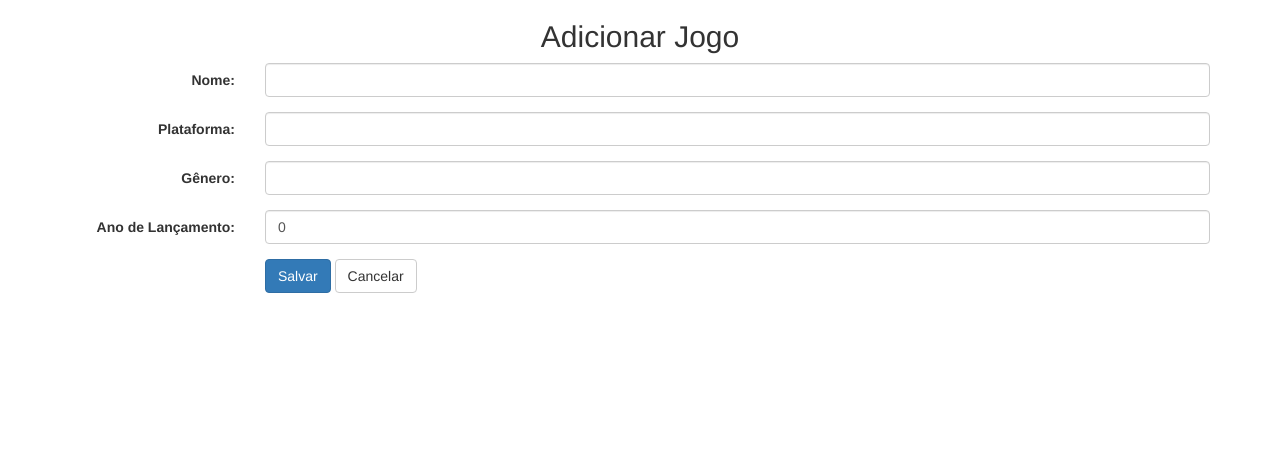
Repository: Tulio220/cadastroJogos
Page: http://localhost/aulaEly/trabalhoEly/cadastro/add_jogo.jsp?id=0
These files come from the project's save history. The page is drawn as it stood at one moment and after the next save; the edit follows.
The browser window is 1280 px wide. The pictures show the whole page.
The page is served by Tomcat 9. Other server files are loaded and not shown.

Above is the page before, as saved 2024-10-02 00:05:01.

### aulaEly/src/main/webapp/trabalhoEly/cadastro/add_jogo.jsp
<%@ page import="java.sql.*" %>
<%@ page import="org.libertas.Jogo" %>
<%@ page import="org.libertas.JogoDao" %>
<%@ page contentType="text/html;charset=UTF-8" language="java" %>
<!DOCTYPE html>
<html lang="pt-BR">
<head>
    <meta charset="UTF-8">
    <meta name="viewport" content="width=device-width, initial-scale=1.0">
    <title>Adicionar Jogo</title>
    <link rel="stylesheet" href="https://maxcdn.bootstrapcdn.com/bootstrap/3.4.1/css/bootstrap.min.css">
</head>
<body>
    <div class="container">
        <h2 class="text-center">Adicionar Jogo</h2>

        <%
            int id = 0;
            String idParam = request.getParameter("id");
            if (idParam != null && !idParam.isEmpty()) {
                id = Integer.parseInt(idParam);
            }
            Jogo j = new Jogo();
            JogoDao jdao = new JogoDao();
            if (id > 0) {
                j = jdao.consultar(id);
            } else {
                j.setNome("");
                j.setPlataforma("");
                j.setGenero("");
                j.setAnoLancamento(0);
            }
        %>

        <form action="gravar.jsp" method="post" class="form-horizontal">
            <input type="hidden" name="id" value="<%= j.getId() %>" />

            <div class="form-group">
                <label for="nome" class="col-sm-2 control-label">Nome:</label>
                <div class="col-sm-10">
                    <input type="text" class="form-control" id="nome" name="nome" value="<%= j.getNome() %>" required>
                </div>
            </div>

            <div class="form-group">
                <label for="plataforma" class="col-sm-2 control-label">Plataforma:</label>
                <div class="col-sm-10">
                    <input type="text" class="form-control" id="plataforma" name="plataforma" value="<%= j.getPlataforma() %>" required>
                </div>
            </div>

            <div class="form-group">
                <label for="genero" class="col-sm-2 control-label">Gênero:</label>
                <div class="col-sm-10">
                    <input type="text" class="form-control" id="genero" name="genero" value="<%= j.getGenero() %>" required>
                </div>
            </div>

            <div class="form-group">
                <label for="ano_lancamento" class="col-sm-2 control-label">Ano de Lançamento:</label>
                <div class="col-sm-10">
                    <input type="number" class="form-control" id="ano_lancamento" name="ano_lancamento" value="<%= j.getAnoLancamento() %>" required>
                </div>
            </div>

            <div class="form-group">
                <div class="col-sm-offset-2 col-sm-10">
                    <button type="submit" class="btn btn-primary">Salvar</button>
                    <a href="index.jsp" class="btn btn-default">Cancelar</a>
                </div>
            </div>
        </form>
    </div>

    <script src="https://ajax.googleapis.com/ajax/libs/jquery/3.5.1/jquery.min.js"></script>
    <script src="https://maxcdn.bootstrapcdn.com/bootstrap/3.4.1/js/bootstrap.min.js"></script>
</body>
</html>

### aulaEly/src/main/java/org/libertas/Jogo.java
package org.libertas;

public class Jogo {
    private int id;
    private String nome;
    private String plataforma;
    private String genero;
    private int anoLancamento;

    // Construtor padrão
    public Jogo() {}

    // Construtor com parâmetros
    public Jogo(String nome, String plataforma, String genero, int anoLancamento) {
        this.nome = nome;
        this.plataforma = plataforma;
        this.genero = genero;
        this.anoLancamento = anoLancamento;
    }

    public Jogo(int id, String nome, String plataforma, String genero, int anoLancamento) {
        this.id = id;
        this.nome = nome;
        this.plataforma = plataforma;
        this.genero = genero;
        this.anoLancamento = anoLancamento;
    }

    // Getters e Setters
    public int getId() {
        return id;
    }

    public void setId(int id) {
        this.id = id;
    }

    public String getNome() {
        return nome;
    }

    public void setNome(String nome) {
        this.nome = nome;
    }

    public String getPlataforma() {
        return plataforma;
    }

    public void setPlataforma(String plataforma) {
        this.plataforma = plataforma;
    }

    public String getGenero() {
        return genero;
    }

    public void setGenero(String genero) {
        this.genero = genero;
    }

    public int getAnoLancamento() {
        return anoLancamento;
    }

    public void setAnoLancamento(int anoLancamento) {
        this.anoLancamento = anoLancamento;
    }
}

### aulaEly/src/main/java/org/libertas/JogoDao.java
package org.libertas;

import java.sql.Statement;
import java.sql.PreparedStatement;
import java.sql.ResultSet;
import java.util.LinkedList;

public class JogoDao {

	 public void salvar(Jogo j) {
		  if (j.getId()>0) {
		   atualizarJogo(j);
		 } else {
		  adicionarJogo(j);
		 }
	}

	public void adicionarJogo(Jogo j){
	       Conexao con = new Conexao();
	       try {
	    	   String sql = "INSERT INTO jogos (nome, plataforma, genero, ano_lancamento)" + " VALUES (?,?,?,?)";
	    	   PreparedStatement prep = con.getConnection().prepareStatement(sql);
	    	   prep.setString(1, j.getNome());
	    	   prep.setString(2, j.getPlataforma());
	    	   prep.setString(3, j.getGenero());
	    	   prep.setInt(4, j.getAnoLancamento());
	    	   prep.execute();
	       }
	       catch(Exception e){
	    	   e.printStackTrace();
	    }
	      con.desconecta();
	}

	public LinkedList<Jogo> listarJogos() {
		//return lista;
		LinkedList<Jogo> lista = new LinkedList<Jogo>();
		Conexao con = new Conexao();
		try {
			String sql = "SELECT * FROM jogos ORDER BY nome";
			Statement sta = con.getConnection().createStatement();
			ResultSet res = sta.executeQuery(sql);
			while (res.next()) {
				Jogo j = new Jogo();
				j.setId(res.getInt("id"));
				j.setNome(res.getString("nome"));
				j.setPlataforma(res.getString("plataforma"));
				j.setGenero(res.getString("genero"));
				j.setAnoLancamento(res.getInt("ano_lancamento"));
				lista.add(j);
			}
		} catch (Exception e) {
			e.printStackTrace();
		}
		con.desconecta();
		return lista;
	}

	public void atualizarJogo(Jogo j) {
		Conexao con = new Conexao();
		try {
			String sql = "UPDATE jogos SET"
					+" nome = ?, plataforma = ?,"
					+ "genero = ? , ano_lancamento = ?,"
					+ "WHERE id = ?";
			PreparedStatement prep = con.getConnection().prepareStatement(sql);
			prep.setString(1, j.getNome());
			prep.setString(2, j.getPlataforma());
			prep.setString(3, j.getGenero());
			prep.setInt(4, j.getAnoLancamento());
			prep.execute();
		} catch (Exception e) {
			e.printStackTrace();
		}
		con.desconecta();
	}

	public void excluirJogo(Jogo j) {
		Conexao con = new Conexao();
		try {
			String sql = "DELETE FROM jogos"
					+ " WHERE id = ?";
			PreparedStatement prep = con.getConnection().prepareStatement(sql);
			prep.setInt(1, j.getId());
			prep.execute();
		} catch (Exception e) {
			e.printStackTrace();
		}
		con.desconecta();
	}

	public Jogo obterJogoPorId(int id) {
		Jogo j = new Jogo();
		Conexao con = new Conexao();
		try {
			String sql = "SELECT * FROM jogos WHERE id = "+ id;
			Statement sta = con.getConnection().createStatement();
			ResultSet res = sta.executeQuery(sql);
			if (res.next()) {
				j.setId(res.getInt("id"));
				j.setNome(res.getString("nome"));
				j.setPlataforma(res.getString("plataforma"));
				j.setGenero(res.getString("genero"));
				j.setAnoLancamento(res.getInt("ano_lancamento"));
			}
		} catch (Exception e) {
			e.printStackTrace();
		}
		con.desconecta();
		return j;
	}

	public Jogo consultar(int id) {
		Jogo j = new Jogo();
		Conexao con = new Conexao();
		try {
			String sql = "SELECT * FROM jogos WHERE id = "+ id;
			Statement sta = con.getConnection().createStatement();
			ResultSet res = sta.executeQuery(sql);
			if (res.next()) {
				j.setId(res.getInt("id"));
				j.setNome(res.getString("nome"));
				j.setPlataforma(res.getString("plataforma"));
				j.setGenero(res.getString("genero"));
				j.setAnoLancamento(res.getInt("ano_lancamento"));
			}
		} catch (Exception e) {
			e.printStackTrace();
		}
		con.desconecta();
		return j;
	}
}

After the next save:
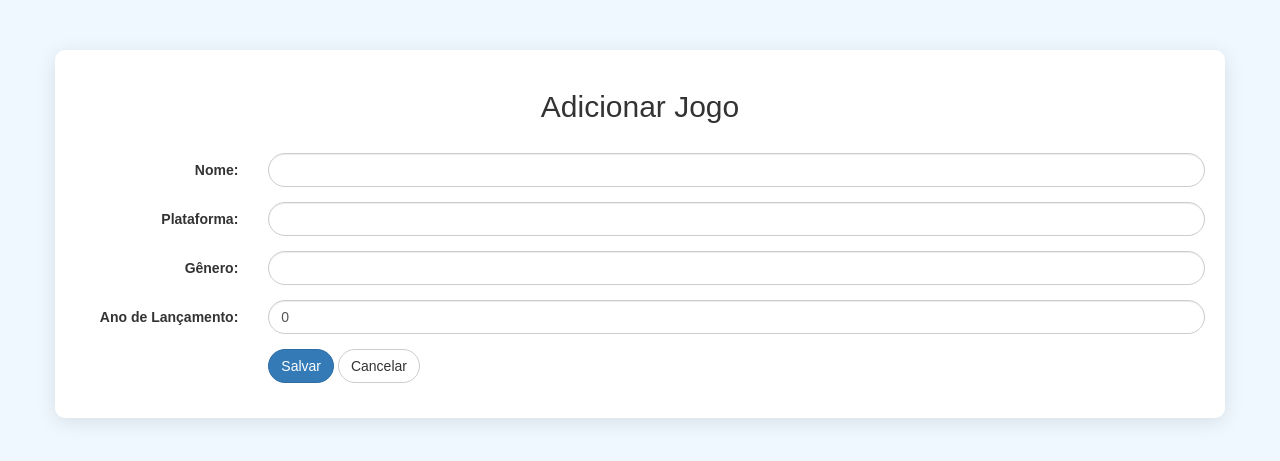
Saved 92 s later.
--- a/aulaEly/src/main/webapp/trabalhoEly/cadastro/add_jogo.jsp
+++ b/aulaEly/src/main/webapp/trabalhoEly/cadastro/add_jogo.jsp
@@ -9,6 +9,65 @@
     <meta name="viewport" content="width=device-width, initial-scale=1.0">
     <title>Adicionar Jogo</title>
     <link rel="stylesheet" href="https://maxcdn.bootstrapcdn.com/bootstrap/3.4.1/css/bootstrap.min.css">
+    <style>
+        body {
+            background-color: #f0f8ff;
+            font-family: 'Arial', sans-serif;
+            animation: fadeIn 1s ease-in;
+        }
+
+        h2 {
+            margin-bottom: 30px;
+            color: #333;
+        }
+
+        .form-control {
+            border-radius: 25px;
+            transition: all 0.3s;
+        }
+
+        .form-control:focus {
+            border-color: #007bff;
+            box-shadow: 0 0 5px rgba(0, 123, 255, 0.5);
+        }
+
+        .btn-primary {
+            border-radius: 25px;
+            transition: background-color 0.3s, transform 0.2s;
+        }
+
+        .btn-primary:hover {
+            background-color: #0056b3;
+            transform: scale(1.05);
+        }
+
+        .btn-default {
+            border-radius: 25px;
+            transition: background-color 0.3s, transform 0.2s;
+        }
+
+        .btn-default:hover {
+            background-color: #e0e0e0;
+            transform: scale(1.05);
+        }
+
+        @keyframes fadeIn {
+            from {
+                opacity: 0;
+            }
+            to {
+                opacity: 1;
+            }
+        }
+
+        .container {
+            margin-top: 50px;
+            padding: 20px;
+            border-radius: 10px;
+            box-shadow: 0 4px 20px rgba(0, 0, 0, 0.1);
+            background-color: white;
+        }
+    </style>
 </head>
 <body>
     <div class="container">
